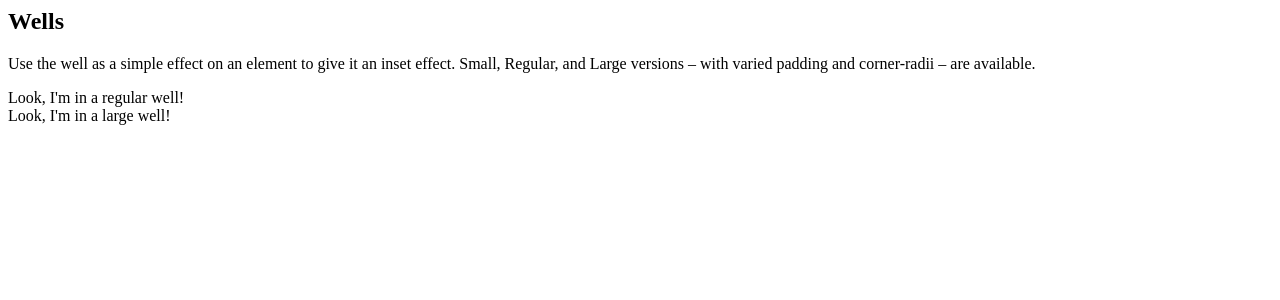
Repository: WTW-IM/bda-ui-toolkit
Page: docs/_includes/containers/wells.html
The author's editor kept a record of every edit. The page is drawn from the files as they stood at one moment, then again after the next edit.
The browser window is 1280 px wide. The pictures show the whole page.

Above is the page before.

After the next edit:
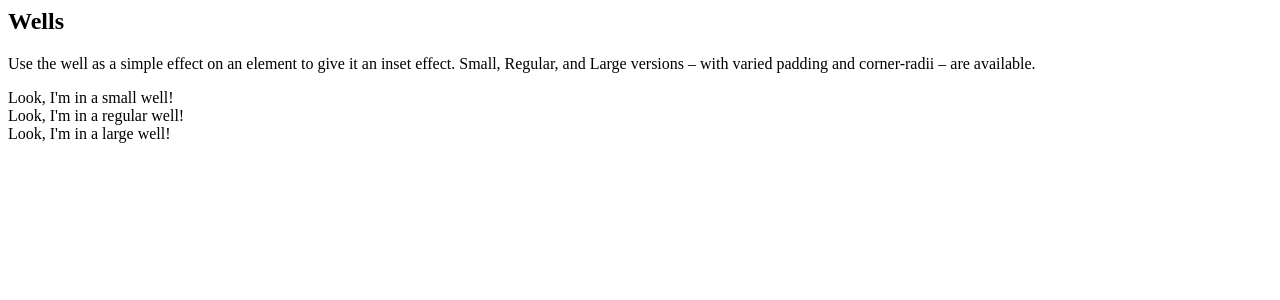
The edit:
--- a/docs/_includes/containers/wells.html
+++ b/docs/_includes/containers/wells.html
@@ -3,6 +3,10 @@
 
   <p>Use the well as a simple effect on an element to give it an inset effect. Small, Regular, and Large versions &ndash; with varied padding and corner-radii &ndash; are available.</p>
   <div class="bs-example" data-example-id="default-well">
+
+    <div class="well well-sm">
+      Look, I'm in a small well!
+    </div>
 
     <div class="well">
       Look, I'm in a regular well!
